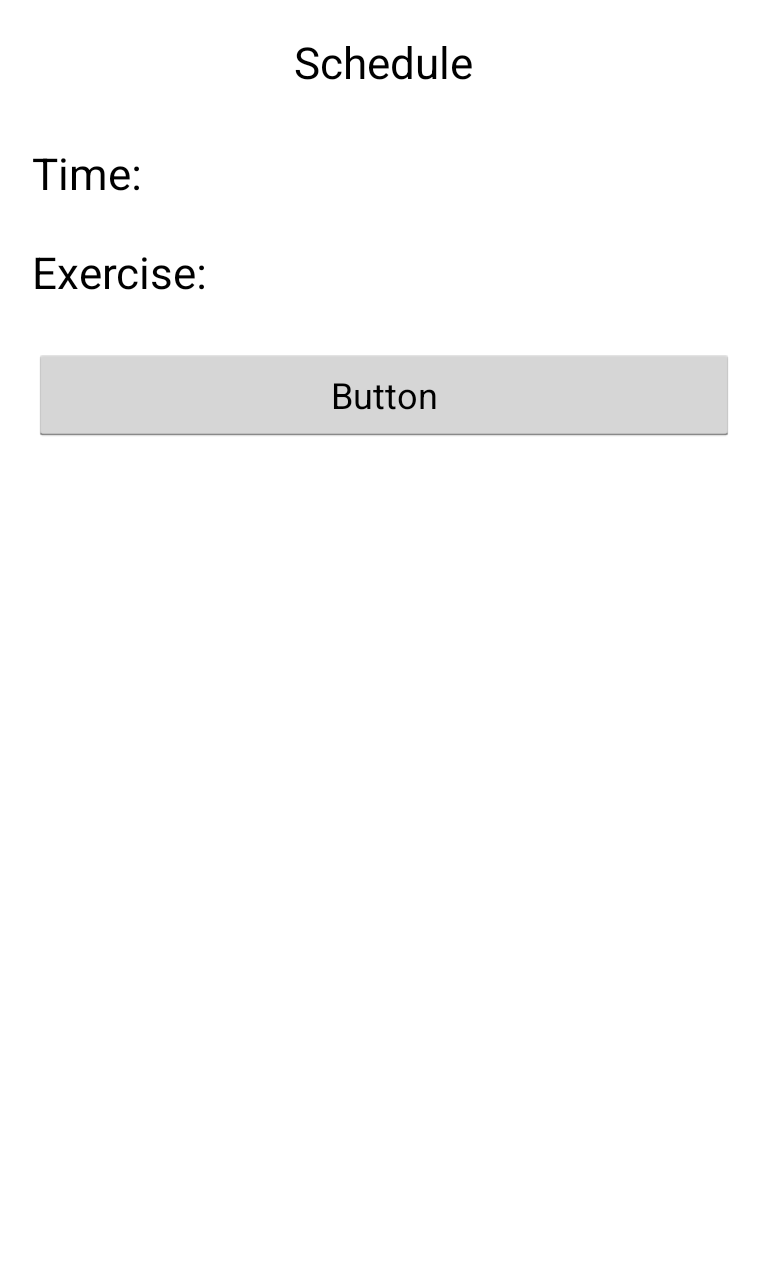
Repository: zi-yang-zhang/ECSE424-Group8
Layout: Hi Fi Prototype/ReHand/ReHand/res/layout/activity_schedule_page.xml
An editor plug-in stored every save of this project. The layout is shown before and after the next save, followed by the edit.
It is drawn on a 768 x 1280 px phone screen (xhdpi) without system bars, with theme AppTheme; the app's code is not run.

Above is the layout before, as saved 2014-02-20 04:54:29.

After the next save:
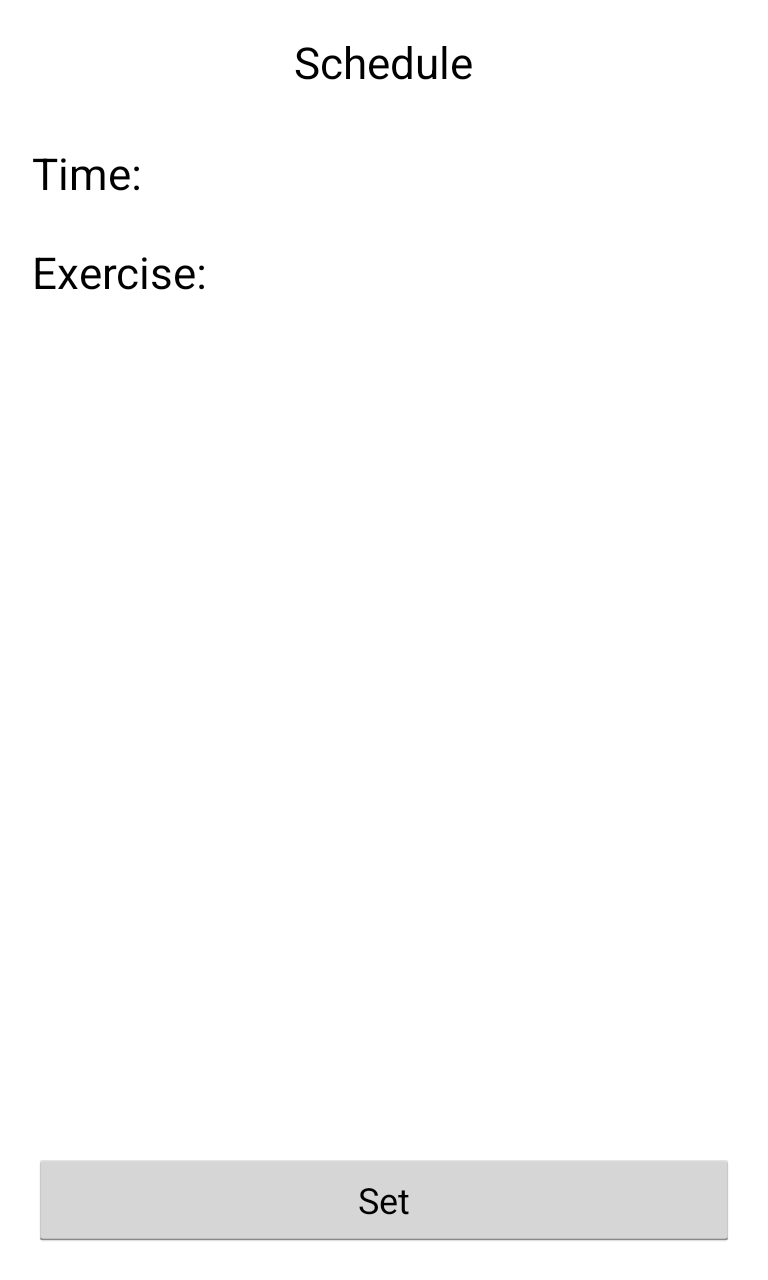
Saved 15 s later.
--- a/Hi Fi Prototype/ReHand/ReHand/res/layout/activity_schedule_page.xml
+++ b/Hi Fi Prototype/ReHand/ReHand/res/layout/activity_schedule_page.xml
@@ -41,10 +41,9 @@
         android:id="@+id/button1"
         android:layout_width="wrap_content"
         android:layout_height="wrap_content"
-        android:layout_alignParentLeft="true"
+        android:layout_alignLeft="@+id/textView2"
+        android:layout_alignParentBottom="true"
         android:layout_alignParentRight="true"
-        android:layout_below="@+id/textView2"
-        android:layout_marginTop="23dp"
-        android:text="Button" />
+        android:text="@string/schedule_set" />
 
 </RelativeLayout>
